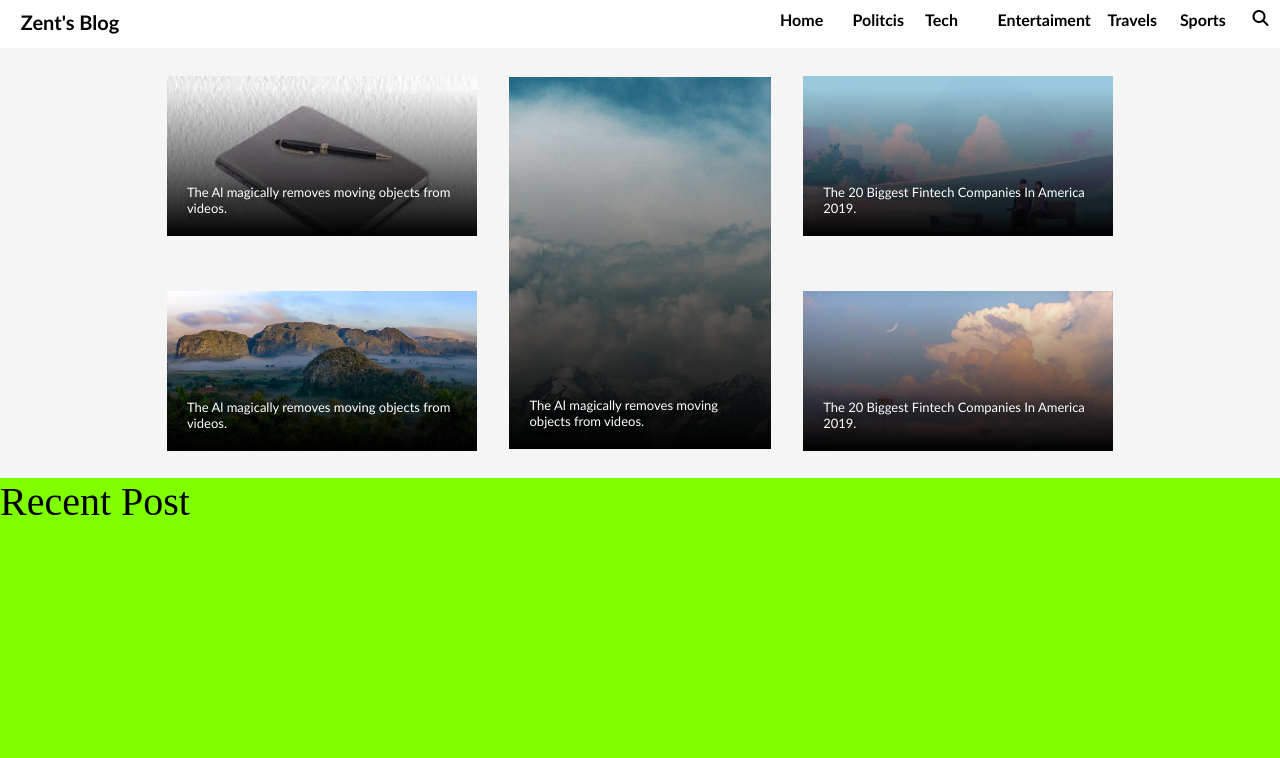
Repository: giacatdat2k5/html3
Page: html3.vs/7.1.html
An editor plug-in stored every save of this project. The page is shown before and after the next save, followed by the edit.
The browser window is 1280 px wide. The pictures show the whole page.

Above is the page before, as saved 2023-09-27 14:47:43.

### html3.vs/7.1.html
<!DOCTYPE html>
<html lang="en">
<head>
    <meta charset="UTF-8">
    <meta name="viewport" content="width=device-width, initial-scale=1.0">
    <title>7.2</title>
    <link rel="stylesheet" type="text/css" href="7.1.css">
    <link rel="stylesheet" href="https://cdnjs.cloudflare.com/ajax/libs/font-awesome/6.4.2/css/all.min.css"/>
</head>
<body>
    <div id="header">
        <div class="logo">Zent's Blog </div>
        <div class="menu">
            <div class="items">Home</div>
            <div class="items">Politcis</div>
            <div class="items">Tech</div>
            <div class="items">Entertaiment</div>
            <div class="items">Travels</div>
            <div class="items">Sports</div>
            <div class="search"><i class="fa-solid fa-magnifying-glass"></i></div>
        </div>
    </div>
    <div id="content">
        <div class="left">
            <div class="imageleft">
                <div class="iamge1">
                    <div class="edit">The Al magically removes moving objects from videos.</div>
                </div>
                <div class="iamge2">
                    <div class="edit">The Al magically removes moving objects from videos.</div>
                </div>
            </div>
        </div>
        <div class="center">
            <div class="imagecenter">
                <div class="iamge3">
                    <div class="edit">The Al magically removes moving objects from videos.</div>
                </div>
            </div>
        </div>
        <div class="right">
            <div class="iamgeright">
                <div class="iamge4">
                    <div class="edit">
                        The 20 Biggest Fintech Companies In
                        America 2019.</div>
                </div>
                <div class="iamge5">
                    <div class="edit">
                        The 20 Biggest Fintech Companies In
                        America 2019.</div>
                </div>
            </div>
        </div>
    </div>
    <div id="header2">Recent Post
    </div>
</body>
</html>

### html3.vs/7.1.css
@media all and (min-width: 992px){
*{
    margin:0;
    padding: 0;
}
#header{
    width: 100%;
    height: 3em;
    display: flex;
    justify-content: space-between;
}
.logo{
    font-size: 20px;
    width: 120px;
    text-align: center;
    padding: 10px;
    font-weight: bold;
    font-family:'Trebuchet MS', 'Lucida Sans Unicode', 'Lucida Grande', 'Lucida Sans', Arial, sans-serif;

}
.menu{
    width: 510px;
    display: flex;
}
.items{
    width: 90px;
    padding: 10px;
    font-weight: bold;
    font-family:'Trebuchet MS', 'Lucida Sans Unicode', 'Lucida Grande', 'Lucida Sans', Arial, sans-serif;
}
.search{
    width: 30px;
    padding: 10px;
}
#content{
    width: 100%;
    height: 430px;
    background-color:whitesmoke;
    display: flex;
}
.left{
    width: 38%;
    height: 100%;

    display: flex;
    justify-content: right;
    align-items: center;
}
.center{
    width: 26%;
    height: 100%;
    display: flex;
    align-items:center;
    justify-content: center;
}
.right{
    width: 38%;
    height: 100%;

    display: flex;
    justify-content: left;
    align-items: center;
}
.imageleft{
    width: 65%;
    height: 100%;
    display: flex;
    flex-wrap: wrap;
    align-items: center;
}
.iamge1{
    background-image: url('image5.jpeg');
    background-size: cover;
    width: 100%;
    height: 160px;
    display:flex;
    align-items: end;
}
.iamge2{
    background-image: url('image3.jpeg');
    background-size: cover;
    width: 100%;
    height: 160px;
    display:flex;
    align-items: end;
}
.edit{
    width: 100%;
    height: 80%;
    background: linear-gradient(to bottom, transparent, rgba(0, 0, 0, 1));
    color:white;
    display:flex;
    align-items: end;
    padding-left: 20px;
    padding-bottom: 20px;
    padding-right: 20px;
    font-family:'Trebuchet MS', 'Lucida Sans Unicode', 'Lucida Grande', 'Lucida Sans', Arial, sans-serif;
    font-size: small;
    text-shadow: 0 0 10px rgba(0, 0, 0, 0.5);
}
.imagecenter{
    width: 80%;
    height:372px;
    align-items:center;
    justify-content: center;
}
.iamge3{
    background-image: url('anh dọc.jpeg');
    background-size: cover;
    width: 100%;
    height: 100%;
    display:flex;
    align-items: end;
}
.iamgeright{
    width: 65%;
    height: 100%;
    display: flex;
    flex-wrap: wrap;
    align-items: center;
}
.iamge4{
    background-image: url('anh ngang 1.jpeg');
    background-size: cover;
    width: 100%;
    height: 160px;
    display:flex;
    align-items: end;
}
.iamge5{
    background-image: url('ảnh ngnag 2.jpeg');
    background-size: cover;
    width: 100%;
    height: 160px;
    display:flex;
    align-items: end;
}
#header2{
    width: 100%;
    height: 7em;
    background-color:chartreuse;
    font-size: 40px;
}
}

After the next save:
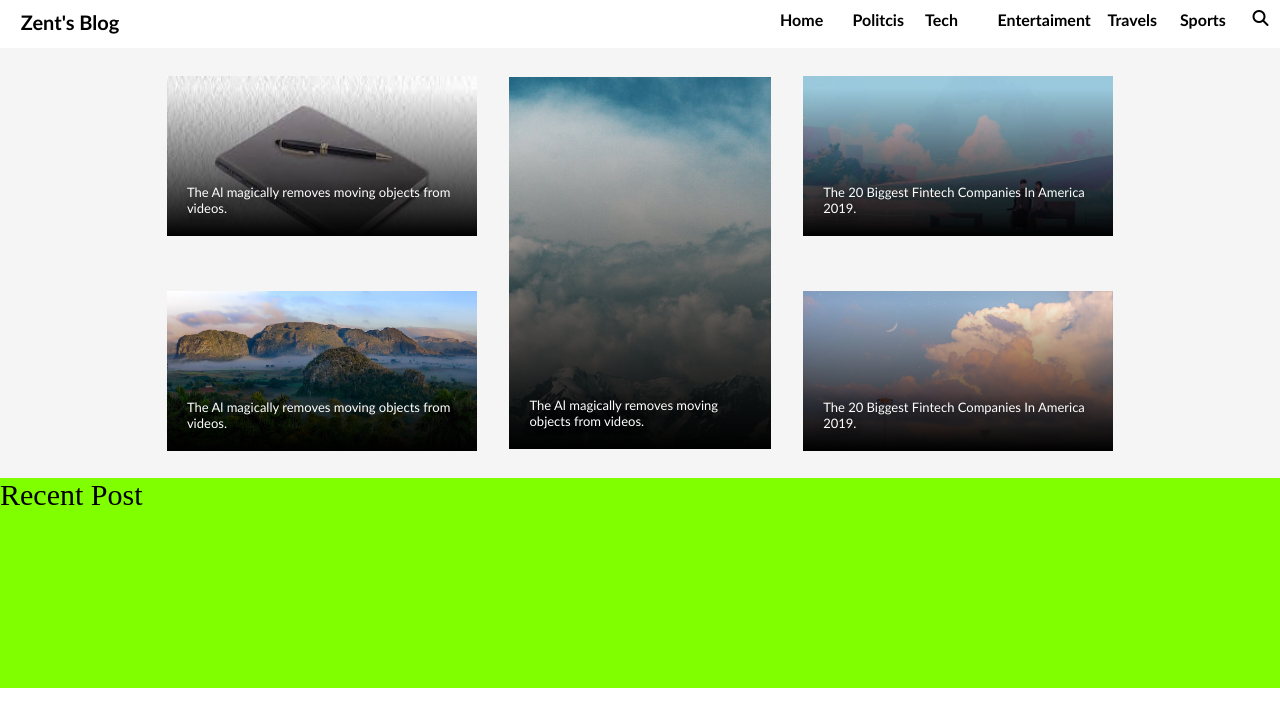
Saved 6 s later.
--- a/html3.vs/7.1.css
+++ b/html3.vs/7.1.css
@@ -139,6 +139,6 @@
     width: 100%;
     height: 7em;
     background-color:chartreuse;
-    font-size: 40px;
+    font-size: 30px;
 }
 }
